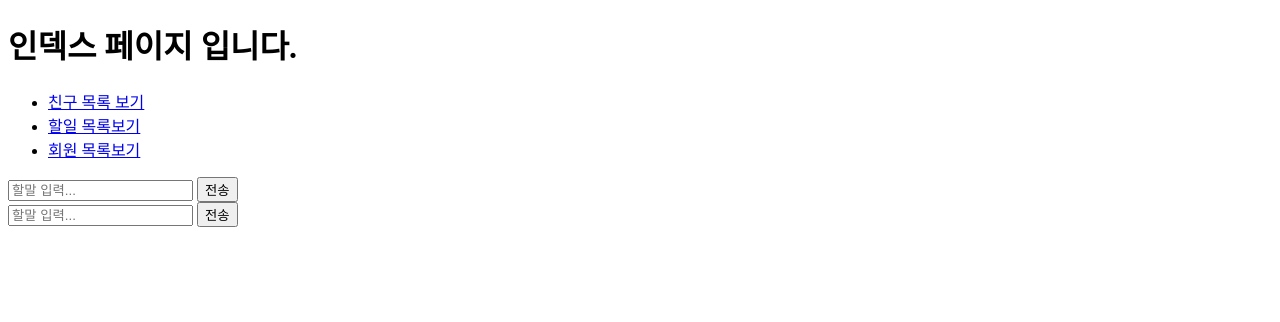
Repository: smj1219/servlet_study
Page: Step01_Servlet/src/main/webapp/index.html
The author's editor kept a copy of each file at every save. The page is drawn from the files as they stood at one save, then again after the next save.
The browser window is 1280 px wide. The pictures show the whole page.

Above is the page before, as saved 2024-06-04 08:48:32.

### Step01_Servlet/src/main/webapp/index.html
<!DOCTYPE html>
<html>
<head>
<meta charset="UTF-8">
<title>index.html</title>
</head>
<body>
	<div class="container">
		<h1>인덱스 페이지 입니다.</h1>
		<ul>
			<li><a href="friend/list">친구 목록 보기</a></li>
			<li><a href="todo/list">할일 목록보기</a></li>
			<li><a href="member/list">회원 목록보기</a></li>
		</ul>
		<form action="send" method="get">
			<input type="text" name="msg" placeholder="할말 입력..." />
			<button type="submit">전송</button>
		</form>

		<form action="send" method="get">
			<input type="text" name="msg" placeholder="할말 입력..." />
			<button type="submit">전송</button>
		</form>
	</div>
</body>
</html>

After the next save:
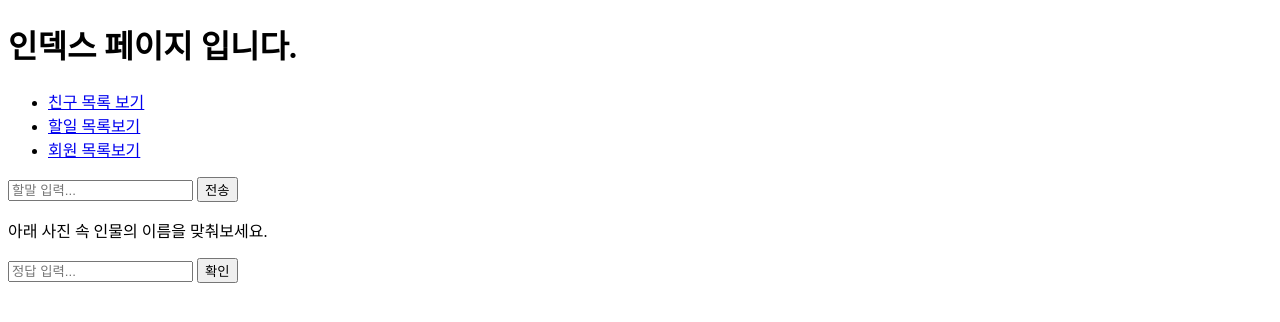
Saved 3 min 48 s later.
--- a/Step01_Servlet/src/main/webapp/index.html
+++ b/Step01_Servlet/src/main/webapp/index.html
@@ -17,9 +17,10 @@
 			<button type="submit">전송</button>
 		</form>
 
-		<form action="send" method="get">
-			<input type="text" name="msg" placeholder="할말 입력..." />
-			<button type="submit">전송</button>
+		<form action="send2" method="get">
+			<p>아래 사진 속 인물의 이름을 맞춰보세요.</p>
+			<input type="text" name="msg" placeholder="정답 입력..." />
+			<button type="submit">확인</button>
 		</form>
 	</div>
 </body>
